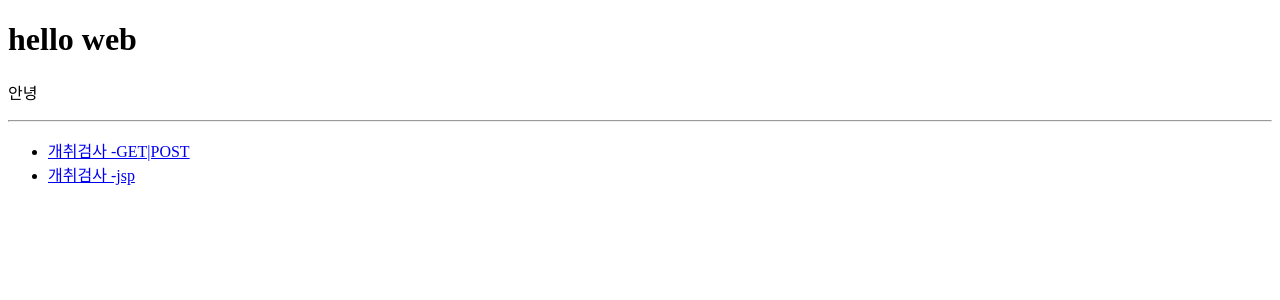
Repository: rlwi440/KH-Backend
Page: Web_server/web_server_Workspace/01_helloweb/WebContent/index.html
These files come from the project's save history. The page is drawn as it stood at one moment and after the next save; the edit follows.
The browser window is 1280 px wide. The pictures show the whole page.

Above is the page before, as saved 2021-03-24 08:42:44.

After the next save:
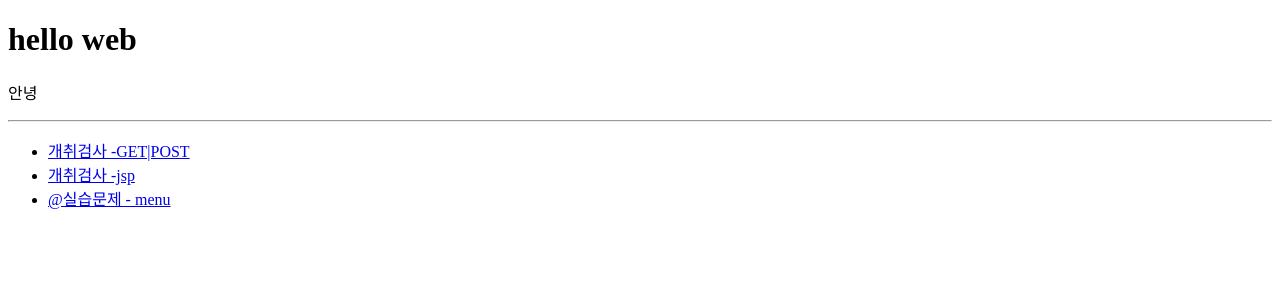
Saved 2 min 28 s later.
--- a/Web_server/web_server_Workspace/01_helloweb/WebContent/index.html
+++ b/Web_server/web_server_Workspace/01_helloweb/WebContent/index.html
@@ -14,6 +14,7 @@
 		<!-- context path 이후의 경로를 WebContent 폴더에 찾게된다. -->
 		<li><a href="/web/servlet/testPerson1.html">개취검사 -GET|POST</a></li>
 		<li><a href="/web/servlet/testPerson2.html">개취검사 -jsp</a></li>
+		<li><a href="/web/menu/menu.jsp">@실습문제 - menu</a></li>
 	</ul>
 </body>
 </html>
